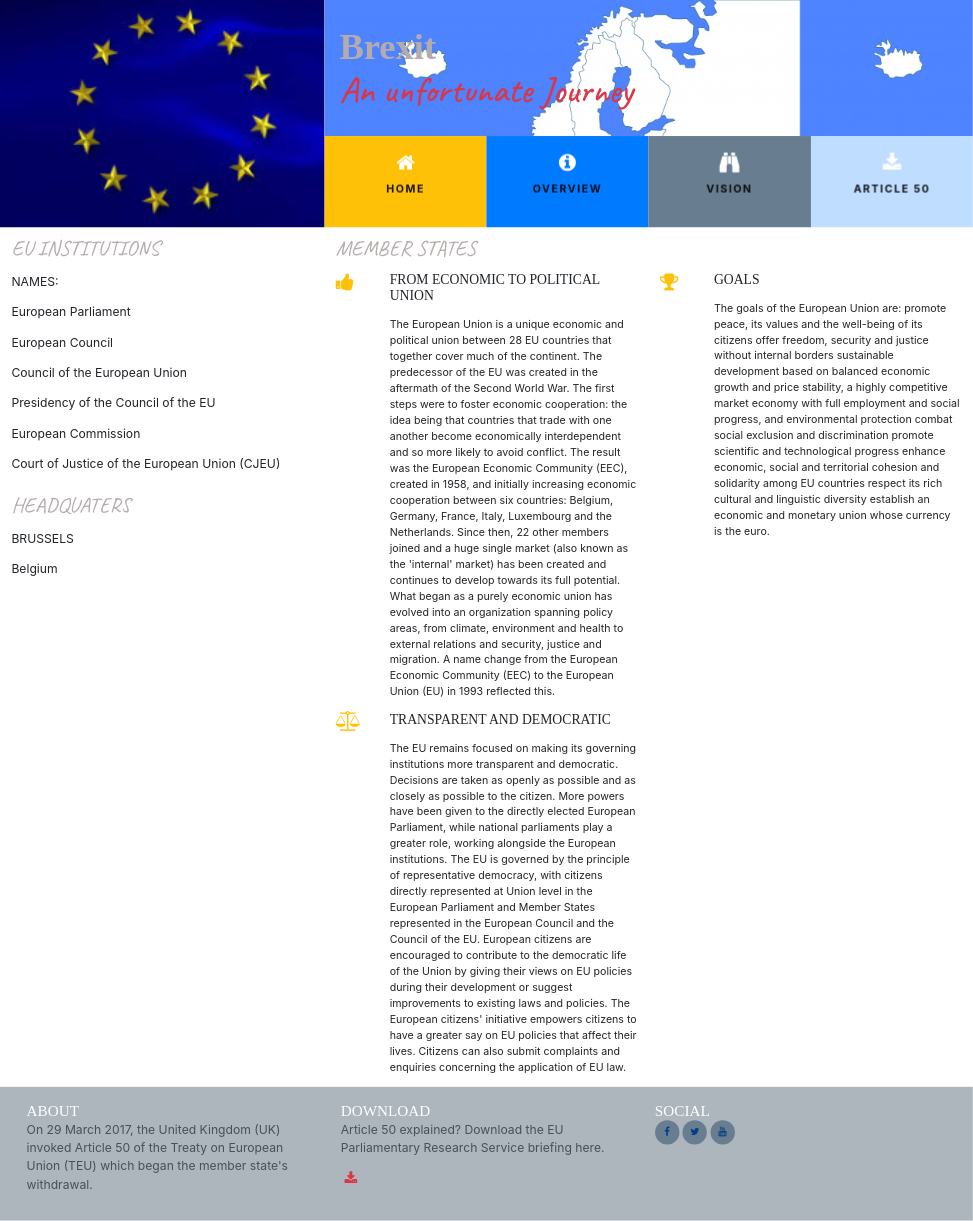
Repository: isiko1/Milestone_Project_One
Page: index.html
The author's editor kept a record of every edit. The page is drawn from the files as they stood at one moment, then again after the next edit.
The browser window is 1280 px wide. The pictures show the whole page, at 76% of full size.
Some web fonts or font styles are not loaded; a fallback is used.

Above is the page before.

### index.html
<!DOCTYPE html>
<html lang="en">

<head>
    <meta charset="UTF-8">
    <meta name="viewport" content="width=device-width, initial-scale=1.0">
    <meta http-equiv="X-UA-Compatible" content="ie=edge">
    <link rel="stylesheet" href="https://stackpath.bootstrapcdn.com/bootstrap/4.3.1/css/bootstrap.min.css" type="text/css" />
    <link rel="stylesheet" href="https://stackpath.bootstrapcdn.com/font-awesome/4.7.0/css/font-awesome.min.css" type="text/css" />
    <link rel="stylesheet" href="https://cdnjs.cloudflare.com/ajax/libs/hover.css/2.3.1/css/hover-min.css" type="text/css" />
    <link rel="stylesheet" href="info/css/style.css" type="text/css" />
    <title>Brexit - An unfortunate Journey</title>
</head>

<body>
    <header>
        <div class="row no-gutters">
            <a href="index.html" class="col-md-4 logo">

            </a>
            <div class="col-md-8">
                <div class="row no-gutters bg-color-name-title">
                    <div class="col heading">
                        <h1 class="title">Brexit</h1>
                        <h3 class="subtitle">An unfortunate Journey</h3>
                    </div>
                </div>
                <div class="row no-gutters">
                    <div class="col">
                        <ul id="nav" class="list-inline menucontainer">
                            <li class="col-6 col-sm-3 menu-color-home list-inline-item menu-item">
                                <a href="#" class="hvr-sweep-to-right"><i class="fa fa-home" aria-hidden="true"></i><span>Home</span></a>
                            </li>
                            <li class="col-6 col-sm-3 menu-color-overview list-inline-item menu-item">
                                <a href="#" class="hvr-sweep-to-right"><i class="fa fa-info-circle" aria-hidden="true"></i><span>Overview</span></a>
                            </li>
                            <li class="col-6 col-sm-3 menu-color-vision list-inline-item menu-item">
                                <a href="#" class="hvr-sweep-to-right"><i class="fa fa-binoculars" aria-hidden="true"></i><span>Vision</span></a>
                            </li>
                            <li class="col-6 col-sm-3 menu-color-article list-inline-item menu-item">
                                <a href="#" class="hvr-sweep-to-right"><i class="fa fa-download" aria-hidden="true"></i><span>Article 50</span></a>
                            </li>
                        </ul>
                    </div>
                </div>
            </div>
            <div>
            </div>
    </header>
    <section class="container-fluid">
        <div class="row">
            <div class="col-md-4 bg-color-institutions section-column">
                <div class="row">
                    <div class="col-12">
                        <h3 class="section-heading uppercase">EU Institutions</h3>
                        <div class="institutions-item">
                            <div class="key">
                                <p class="uppercase">
                                    Names:
                                </p>
                                <div class="value">
                                    <p>European Parliament</p>
                                    <p>European Council</p>
                                    <p>Council of the European Union</p>
                                    <p>Presidency of the Council of the EU</p>
                                    <p>European Commission</p>
                                    <p>Court of Justice of the European Union (CJEU)</p>
                                </div>
                            </div>
                        </div>
                    </div>
                </div>
                <div class="row">
                    <div class="col-12">
                        <h3 class="section-heading uppercase">Headquaters</h3>
                        <div class="institutions-item">
                            <div class="key">
                                <p class="uppercase">
                                    Brussels
                                </p>
                                <div class="value">
                                    <p>Belgium</p>
                                </div>
                            </div>
                        </div>
                    </div>
                </div>
            </div>
            <div class="col-md-8 bg-color-members section-column">
                <div class="row">
                    <div class="col">
                        <h3 class="section-heading uppercase">Member States</h3>
                    </div>
                </div>
                <div class="row">
                    <div class="col-10 offset-1 offset-sm-0 col-sm-4 col-md-6">
                        <div class="row">
                            <div class="col-2">
                                <i class="members-icon fa fa-thumbs-up" aria-hidden="true"></i>
                            </div>
                            <div class="col-10">
                                <h4 class="members-heading uppercase">From Economic to Political Union</h4>
                                <p class="paragraph-contents">The European Union is a unique economic and political union between 28 EU countries that together cover much of the continent. The predecessor of the EU was created in the aftermath of the Second World War. The first steps
                                    were to foster economic cooperation: the idea being that countries that trade with one another become economically interdependent and so more likely to avoid conflict. The result was the European Economic Community
                                    (EEC), created in 1958, and initially increasing economic cooperation between six countries: Belgium, Germany, France, Italy, Luxembourg and the Netherlands. Since then, 22 other members joined and a huge single market
                                    (also known as the 'internal' market) has been created and continues to develop towards its full potential. What began as a purely economic union has evolved into an organization spanning policy areas, from climate,
                                    environment and health to external relations and security, justice and migration. A name change from the European Economic Community (EEC) to the European Union (EU) in 1993 reflected this.</p>
                            </div>
                        </div>
                    </div>
                    <div class="col-10 offset-1 offset-sm-0 col-sm-4 col-md-6">
                        <div class="row">
                            <div class="col-2">
                                <i class="members-icon fa fa-trophy" aria-hidden="true"></i>
                            </div>
                            <div class="col-10">
                                <h4 class="members-heading uppercase">Goals</h4>
                                <p class="paragraph-contents">The goals of the European Union are: promote peace, its values and the well-being of its citizens offer freedom, security and justice without internal borders sustainable development based on balanced economic growth and
                                    price stability, a highly competitive market economy with full employment and social progress, and environmental protection combat social exclusion and discrimination promote scientific and technological progress enhance
                                    economic, social and territorial cohesion and solidarity among EU countries respect its rich cultural and linguistic diversity establish an economic and monetary union whose currency is the euro.</p>
                            </div>
                        </div>
                    </div>
                    <div class="col-10 offset-1 offset-sm-0 col-sm-4 col-md-6">
                        <div class="row">
                            <div class="col-2">
                                <i class="members-icon fa fa-balance-scale" aria-hidden="true"></i>
                            </div>
                            <div class="col-10">
                                <h4 class="members-heading uppercase">Transparent and Democratic</h4>
                                <p class="paragraph-contents">The EU remains focused on making its governing institutions more transparent and democratic. Decisions are taken as openly as possible and as closely as possible to the citizen. More powers have been given to the directly
                                    elected European Parliament, while national parliaments play a greater role, working alongside the European institutions. The EU is governed by the principle of representative democracy, with citizens directly represented
                                    at Union level in the European Parliament and Member States represented in the European Council and the Council of the EU. European citizens are encouraged to contribute to the democratic life of the Union by giving
                                    their views on EU policies during their development or suggest improvements to existing laws and policies. The European citizens' initiative empowers citizens to have a greater say on EU policies that affect their lives.
                                    Citizens can also submit complaints and enquiries concerning the application of EU law.</p>
                            </div>
                        </div>
                    </div>
                </div>
            </div>
        </div>
    </section>
    <footer class="container-fluid">
        <div id="footer-details" class="row">
            <div class="col-sm-4">
                <h5 class="uppercase general">About</h5>
                <p class="inline-block">On 29 March 2017, the United Kingdom (UK) invoked Article 50 of the Treaty on European Union (TEU) which began the member state's withdrawal.</p>
            </div>

            <div class="col-sm-4">
                <h5 class="uppercase general">Download</h5>
                <p class="inline-block">Article 50 explained? Download the EU Parliamentary Research Service briefing here.</p>
                <a href="" target="_blank" class="art-pdf">
            <i class="fa fa-download" aria-hidden="true"></i>
            <span class="sr-only">Download link.</span>
            </a>
            </div>
            <div class="col-sm-4">
                <h5 class="uppercase general">Social</h5>
                <ul class="list-inline social-links">
                    <li class="list-inline-item">
                        <a target="_blank" href="#">
                        <i class="fa fa-facebook" aria-hidden="true"></i>
                        <span class="sr-only">Facebook</span>
                    </a>
                    </li>
                    <li class="list-inline-item">
                        <a target="_blank" href="#">
                        <i class="fa fa-twitter" aria-hidden="true"></i>
                        <span class="sr-only">Twitter</span>
                        </a>
                    </li>
                    <li class="list-inline-item">
                        <a target="_blank" href="#">
                        <i class="fa fa-youtube" aria-hidden="true"></i>
                        <span class="sr-only">YouTube</span>
                        </a>
                    </li>
                </ul>
            </div>
        </div>
    </footer>
</body>

</html>

### info/css/style.css
@import url('https://fonts.googleapis.com/css?family=Caveat:100,200,300,400,500,600,700|Tinos,100,200,300,400,500,600,700');

/*---------Style---------------------------------------------*/

h1,
h2,
h3,
h4,
h5 {
    margin: 0;
}

.uppercase {
    text-transform: uppercase;
}

.general {
    font-family: "Tinos", sans-serif;
    color: #fff;
}

/*................backgoundcolor*/


.bg-color-name-title  {
    background-image: url("../images/europe.jpg")
}

.menu-color-home {
    background-color: #ffc107;
}

.menu-color-overview {
    background-color: #007bff;
}

.menu-color-vision {
    background-color: #687d90;
}

.menu-color-article {
    background-color: rgba(0, 123, 255, .25);
}

/*-------------------Header-----------------*/

header {
    margin: 0;
}

.logo {
    background-image: url("../images/eu.jpg");
    background-position: center;
    background-repeat: no-repeat;
    background-size: cover;
    min-height: 120px;
    transition: all .5s ease-in-out;
    -moz-transition: all .5s ease-in-out;
    -o-transition: all .5s ease-in-out;
    -webkit-transition: all .5s ease-in-out;
}

.logo-uk {
    background-image: url("../images/uk.jpg");
    background-position: center;
    background-repeat: no-repeat;
    background-size: cover;
    min-height: 120px;
    transition: all .5s ease-in-out;
    -moz-transition: all .5s ease-in-out;
    -o-transition: all .5s ease-in-out;
    -webkit-transition: all .5s ease-in-out;

}

.logo-euk {
    background-image: url("../images/flag.jpg");
    background-position: center;
    background-repeat: no-repeat;
    background-size: cover;
    min-height: 120px;
    transition: all .5s ease-in-out;
    -moz-transition: all .5s ease-in-out;
    -o-transition: all .5s ease-in-out;
    -webkit-transition: all .5s ease-in-out;

}

.title {
    font-family: Tinos, sans-serif;
    font-weight: 600;
    font-size: 3rem;
    margin-top: 2rem;
    color: #b5abab;
    padding-left: 20px;
}


.subtitle {
    font-family: Caveat, sans-serif;
    font-weight: 500;
    font-size: 3rem;
    margin-bottom: 2rem;
    color: #dc3545;
    padding-left: 20px;
}

.list-inline-item:not(:last-child) {
    margin: 0;
}

/*---------------Menu Items-----------------*/

.menucontainer {
    font-size: 0;
}

#nav {
    margin: 0;
}

#nav li {
    font-size: 14px;
}

.menu-item {
    height: 120px;
    text-align: center;
    padding: 0;
}

.menu-item a {
    width: 100%;
    text-decoration: none;
    color: #fff;
    height: 120px;
}

.menu-item a i {
    padding-top: 22px;
    display: block;
    font-size: 26px;
}

.menu-item span {
    display: block;
    width: 100%;
    text-align: center;
    padding-top: 10px;
    text-transform: uppercase;
    letter-spacing: 2px;
    color: rgba(0, 0, 0, .9);
    font-weight: bold
}

.section-heading {
    margin-top: 10px;
    margin-bottom: 15px;
    font-family: "Caveat", sans-serif;
    font-weight: 300;
    color: #b5abab;
}

.members-heading {
    font-family: "Tinos", sans-serif;
    font-size: 18px;

}

.paragraph-contents {
    font-size: 14px;
}

/*------------------------------------hover/footer-----*/

.hvr-sweep-to-right:before {
    background-color: #9fecb1;
    transition-timing-function: ease-in;
    transition-delay: 0.1s;
}

footer {
    background-color: #adb5bd;
    min-height: 120px;
    color: #495057;
    margin: 0;
}

.art-pdf i {
    font-size: 18px;
    color: #dc3545;
    text-align: center;
    padding-left: 5px;
    -moz-transition: all 0.35s ease-in-out;
    -webkit-transition: all 0.35s ease-in-out;
    -o-transition: all 0.35s ease-in-out;
}

.art-pdf i:hover {
    color: rgba(0, 123, 255, .25);
}

.social-links {
    padding-bottom: 15px;
}

.social-links li a i {
    width: 32px;
    height: 32px;
    padding: 12px 0;
    border-radius: 50%;
    font-size: 13px;
    line-height: 7px;
    text-align: center;
    color: #004085;
    background-color: #687d90;
    -moz-transition: all 0.35s ease-in-out;
    -webkit-transition: all 0.35s ease-in-out;
    -o-transition: all 0.35s ease-in-out;

}

.social-links li a i:hover {
    background: #dc3545;
}

#footer-details {
    padding: 20px;

}

/*--------------------Members----------*/

.members-icon {
    font-size: 26px;
    color: #ffc107;
}

.members-heading {
    margin-bottom: 15px;

After the next edit:
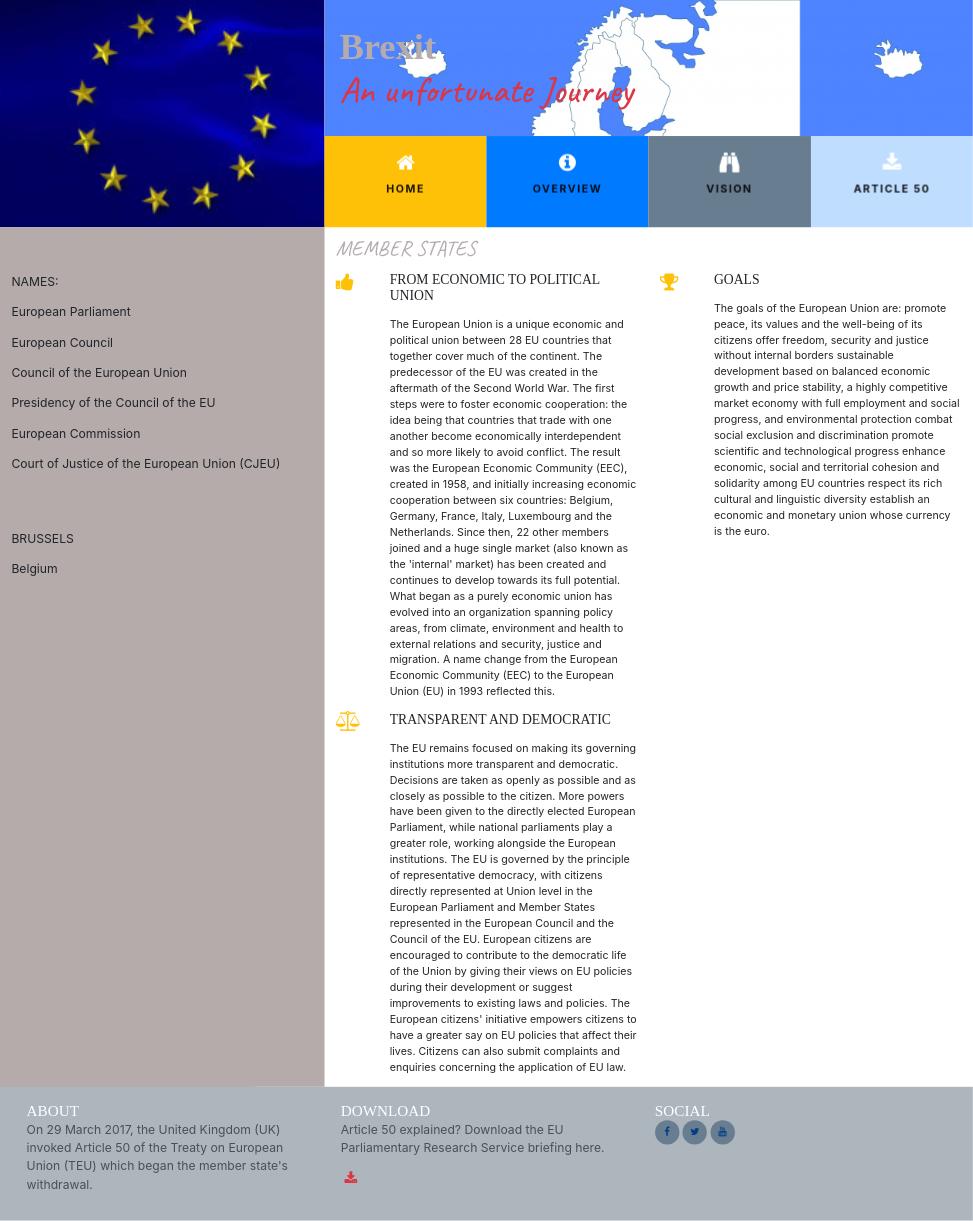
The edit:
--- a/info/css/style.css
+++ b/info/css/style.css
@@ -20,6 +20,10 @@
 }
 
 /*................backgoundcolor*/
+
+.bg-color-institutions {
+    background-color: #b5abab;
+}
 
 
 .bg-color-name-title  {
